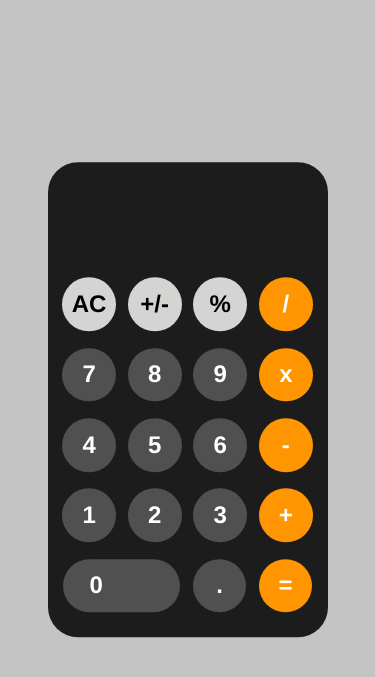
Repository: raulpenate/Calculadora-VUE3
Page: /
The author's editor kept a copy of each file at every save. The page is drawn from the files as they stood at one save, then again after the next save.
The browser window is 375 px wide. The pictures show the whole page.
The project was rebuilt for these pictures with package versions that can differ from the ones it lists, and the page was loaded fresh each time.

Above is the page before, as saved 2022-03-12 07:55:10.

After the next save:
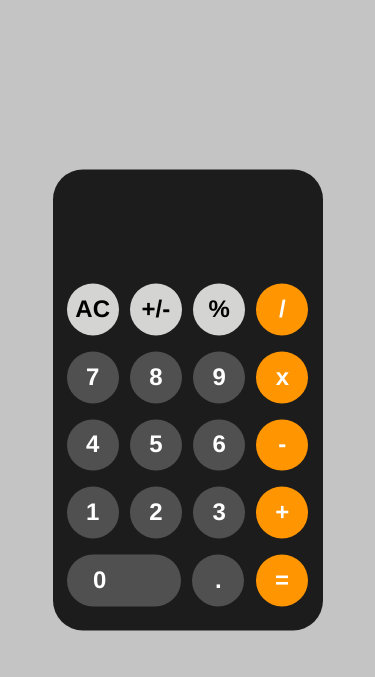
Saved 6 s later.
--- a/src/components/Calculator.vue
+++ b/src/components/Calculator.vue
@@ -241,7 +241,7 @@ input[type="number"]::-webkit-outer-spin-button {
   }
 
   .carcasa{
-      min-width: 280px;
+      min-width: 270px;
   }
 
   .boton{
